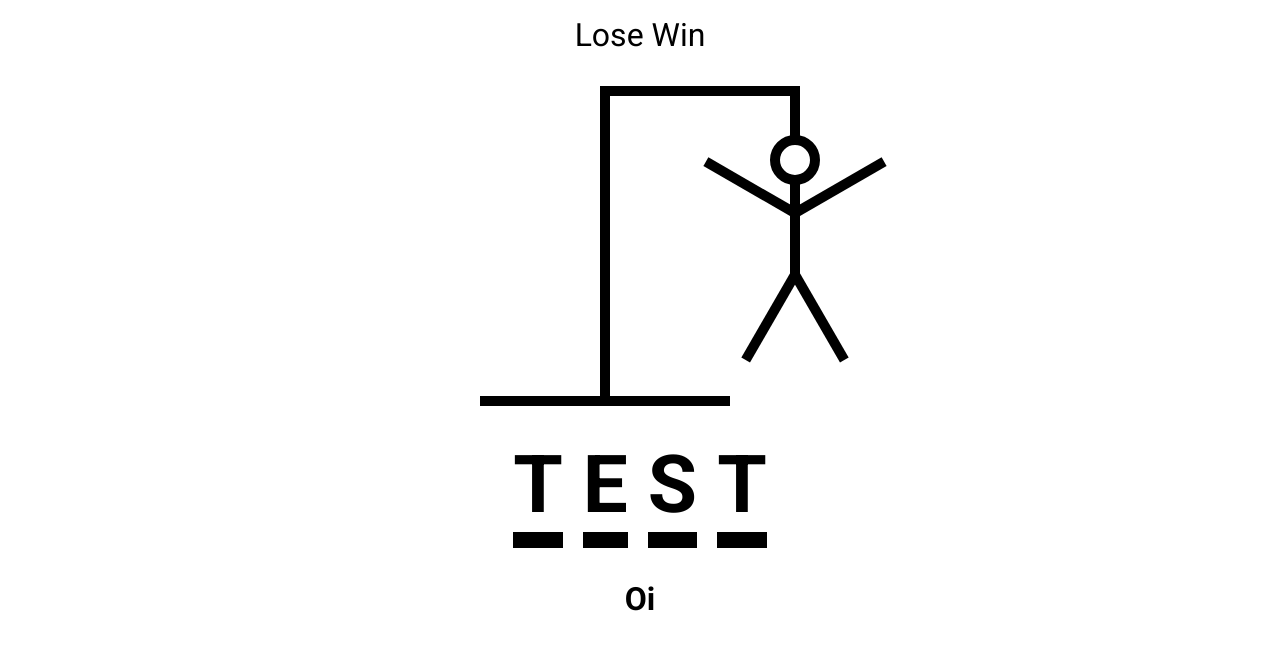
Repository: guilhermecardoso93/jogodaforca
Page: /
An editor plug-in stored every save of this project. The page is shown before and after the next save, followed by the edit.
The browser window is 1280 px wide. The pictures show the whole page.
The project was rebuilt for these pictures with package versions that can differ from the ones it lists, and the page was loaded fresh each time. Also part of the build but not shown: vite.config.ts.

Above is the page before, as saved 2022-12-06 21:14:28.

### index.html
<!DOCTYPE html>
<html lang="en">
  <head>
    <meta charset="UTF-8" />
    <link rel="icon" type="image/svg+xml" href="/vite.svg" />
    <meta name="viewport" content="width=device-width, initial-scale=1.0" />
    <link rel="preconnect" href="https://fonts.googleapis.com"><link
      rel="preconnect" href="https://fonts.gstatic.com" crossorigin><link
      href="https://fonts.googleapis.com/css2?family=Roboto:ital,wght@0,400;0,500;0,700;1,400&display=swap"
      rel="stylesheet">
    <title>Vite + React + TS</title>
  </head>
  <body>
    <div id="root"></div>
    <script type="module" src="/src/main.tsx"></script>
  </body>
</html>

### src/App.tsx
import { useState } from "react";
import words from "./wordList.json";

import { HangmanDrawing } from "./components/HangmanDrawing";
import { HangmanWord } from "./components/HangmanWord";
import { Keyboard } from "./components/Keyboard";

import "./App.css";

export function App() {
  const randomWords = () => {
    return words[Math.floor(Math.random() * words.length)];
  };

  const [wordToGuess, setWordToGuess] = useState(randomWords);
  const [guessedLetters, setGuessedLetters] = useState<string[]>([]);

  console.log(wordToGuess);
  return (
    <div className="container">
      <div className="loseOrWin">Lose Win</div>
      <HangmanDrawing />
      <HangmanWord />
      <Keyboard />
    </div>
  );
}

### src/wordList.json
[
  "capaz",
  "sobre",
  "absoluto",
  "aceitar",
  "conta",
  "alcançar",
  "através",
  "ativo",
  "real",
  "Admitem",
  "anunciar",
  "afetar",
  "proporcionar",
  "depois",
  "tarde",
  "novamente",
  "contra",
  "agente",
  "aceita",
  "permitir",
  "quase",
  "já",
  "tudo bem",
  "também",
  "Apesar",
  "sempre",
  "América",
  "quantia",
  "outro",
  "responda",
  "separado",
  "aparente",
  "aparecer",
  "Aplique",
  "nomear",
  "abordagem",
  "apropriado",
  "área",
  "argumentar",
  "arranjo",
  "associado",
  "presumir",
  "participar",
  "autoridade",
  "acessível",
  "consciente",
  "horrível",
  "bebê",
  "Saldo",
  "bola",
  "banco",
  "base",
  "base",
  "urso",
  "bater",
  "beleza",
  "Porque",
  "antes da",
  "começar",
  "acreditam",
  "beneficiar",
  "melhor",
  "entre",
  "conta",
  "nascimento",
  "Preto",
  "cara",
  "sangue",
  "golpe",
  "limite",
  "linha",
  "Lista",
  "ouço",
  "pequena",
  "viver",
  "carregar",
  "local",
  "trancar",
  "Londres",
  "grandes",
  "olhar",
  "senhor",
  "perder",
  "amor",
  "sorte",
  "almoço",
  "máquina",
  "faço",
  "gerir",
  "muitos",
  "marca",
  "mercado",
  "casar",
  "Combine",
  "matéria",
  "significa",
  "significado",
  "a medida",
  "encontrar",
  "membro",
  "menção",
  "meio",
  "poderia",
  "milha",
  "ouvir",
  "coração",
  "aquecer",
  "pesado",
  "inferno",
  "ajuda",
  "aqui",
  "Alto",
  "história",
  "aguarde",
  "feriado",
  "casa",
  "honesto",
  "esperança",
  "cavalo",
  "hospital",
  "hora",
  "lar",
  "Contudo",
  "olá",
  "centenas",
  "esposo",
  "idéia",
  "identificar",
  "Imagine",
  "importante",
  "melhorar",
  "incluir",
  "renda",
  "aumentar",
  "na verdade",
  "Individual",
  "indústria",
  "informar",
  "garantir",
  "interesse",
  "em",
  "introduzir",
  "investir",
  "envolver",
  "questão",
  "item",
  "Jesus",
  "Junte",
  "juiz",
  "pular",
  "apenas",
  "guarda",
  "matar",
  "Gentil",
  "rei",
  "cozinha",
  "bater",
  "conhecer",
  "trabalho",
  "senhora",
  "terra",
  "Língua",
  "ampla",
  "último",
  "tarde",
  "riso",
  "conduzir",
  "aprender",
  "sair",
  "deixei",
  "menos",
  "carta",
  "nível",
  "vida",
  "leve",
  "Curti",
  "provável",
  "cinco",
  "apartamento",
  "piso",
  "Segue",
  "Comida",
  "pé",
  "força",
  "esquecer",
  "Formato",
  "fortuna",
  "frente",
  "quatro",
  "França",
  "gratuitamente",
  "amigo",
  "a partir de",
  "frente",
  "cheio",
  "função",
  "fundo",
  "futuro",
  "jogos",
  "jardim",
  "em geral",
  "Alemanha",
  "menina",
  "dar",
  "vidro",
  "Boa",
  "adeus",
  "governo",
  "grande",
  "conceder",
  "excelente",
  "verde",
  "chão",
  "grupo",
  "crescer",
  "acho",
  "cabelo",
  "metade",
  "corredor",
  "mão",
  "pendurar",
  "acontecer",
  "feliz",
  "duro",
  "odiar",
  "tenho",
  "cabeça",
  "saúde"
]

### src/components/HangmanDrawing.tsx
const HEAD = (
  <div
    style={{
      width: "50px",
      height: "50px",
      borderRadius: "100%",
      border: "10px solid black",
      position: "absolute",
      top: "49px",
      right: "-20px",
    }}
  />
);

const BODY = (
  <div
    style={{
      width: "10px",
      height: "100px",
      background: "black",
      position: "absolute",
      top: "90px",
      right: 0,
    }}
  />
);

const RIGHT_ARM = (
  <div
    style={{
      width: "100px",
      height: "10px",
      background: "black",
      position: "absolute",
      top: "120px",
      right: "-100px",
      rotate: "-30deg",
      transformOrigin: "left bottom",
    }}
  />
);

const LEFT_ARM = (
  <div
    style={{
      width: "100px",
      height: "10px",
      background: "black",
      position: "absolute",
      top: "120px",
      right: "10px",
      rotate: "30deg",
      transformOrigin: "right bottom",
    }}
  />
);

const RIGHT_LEG = (
  <div
    style={{
      width: "100px",
      height: "10px",
      background: "black",
      position: "absolute",
      top: "180px",
      right: "-90px",
      rotate: "60deg",
      transformOrigin: "left bottom",
    }}
  />
);

const LEFT_LEG = (
  <div
    style={{
      width: "100px",
      height: "10px",
      background: "black",
      position: "absolute",
      top: "180px",
      right: 0,
      rotate: "-60deg",
      transformOrigin: "right bottom",
    }}
  />
);

const BODY_PARTS = [HEAD, BODY, RIGHT_ARM, LEFT_ARM, RIGHT_LEG, LEFT_LEG];

type HangmanDrawingProps = {
  numberOfGuesses: number
}

export function HangmanDrawing() {
  return (
    <div style={{ position: "relative" }}>
      {BODY_PARTS}
      <div
        style={{
          height: "50px",
          width: "10px",
          background: "black",
          position: "absolute",
          top: 0,
          right: 0,
        }}
      />
      <div
        style={{
          height: "10px",
          width: "200px",
          background: "black",
          marginLeft: "120px",
        }}
      />
      <div
        style={{
          height: "300px",
          width: "10px",
          background: "black",
          marginLeft: "120px",
        }}
      />
      <div style={{ height: "10px", width: "250px", background: "black" }} />
    </div>
  );
}

### src/components/HangmanWord.tsx
import "../App.css";

export function HangmanWord() {
  const word = 'test'
  return (
    <div className="HangmanWordContainer">
      {
        word.split('').map((letter, index) => (
          <span>{letter}</span>
        ))}
    </div>
  )
}

### src/components/Keyboard.tsx
export function Keyboard() {
  return (
    <div>
      <h1>Oi</h1>
    </div>
  )
}

### src/App.css
* {
  margin: 0;
  passing: 0;
  box-sizing: border-box;
  font-family: "Roboto", sans-serif;
}

body {
  margin: 1rem;
}

.container {
  max-width: 800px;
  display: flex;
  flex-direction: column;
  gap: 2rem;
  margin: 0 auto;
  align-items: center;
  justify-content: center;
}

.loseOrWin {
  font-size: 2rem;
  text-align: center;
}

.HangmanWordContainer {
  display: flex;
  gap: 0.25em;
  font-size: 5rem;
  font-weight: bold;
  text-transform: uppercase;
}

.HangmanWordContainer > span {
  border-bottom: 1rem solid black;
}

Loaded but not shown: src/main.tsx (common file)

After the next save:
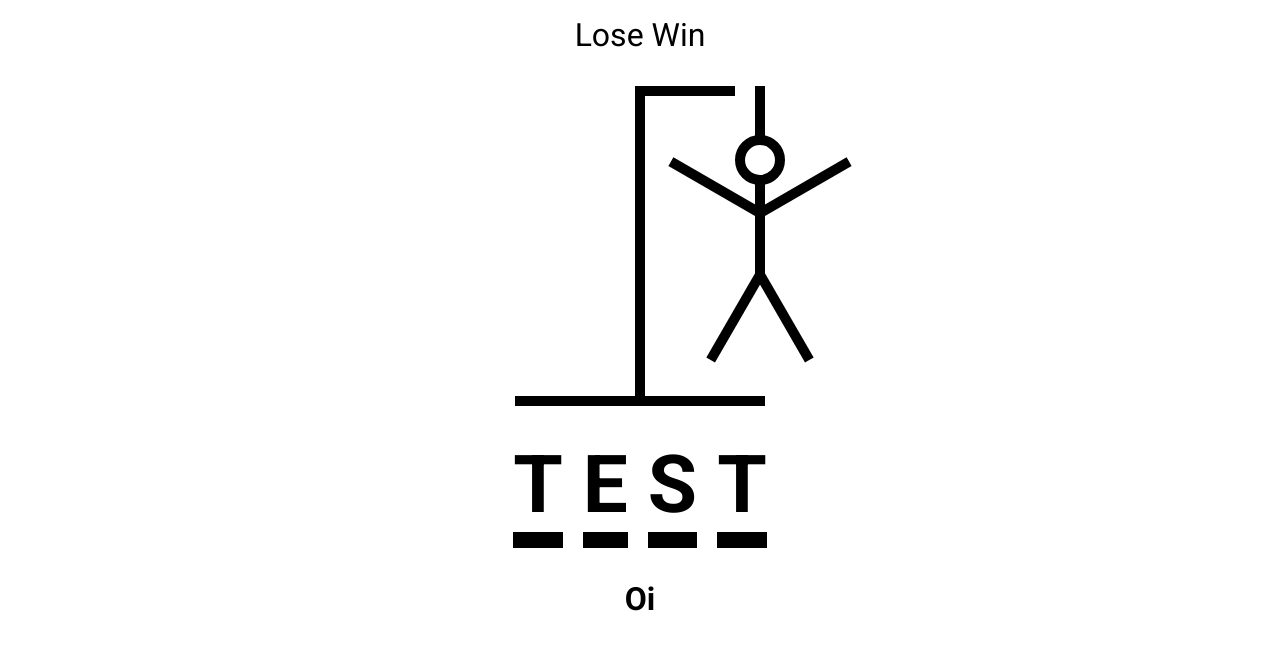
Saved 8 s later.
--- a/src/components/HangmanDrawing.tsx
+++ b/src/components/HangmanDrawing.tsx
@@ -108,7 +108,7 @@
       <div
         style={{
           height: "10px",
-          width: "200px",
+          width: "100px",
           background: "black",
           marginLeft: "120px",
         }}

After the save that followed:
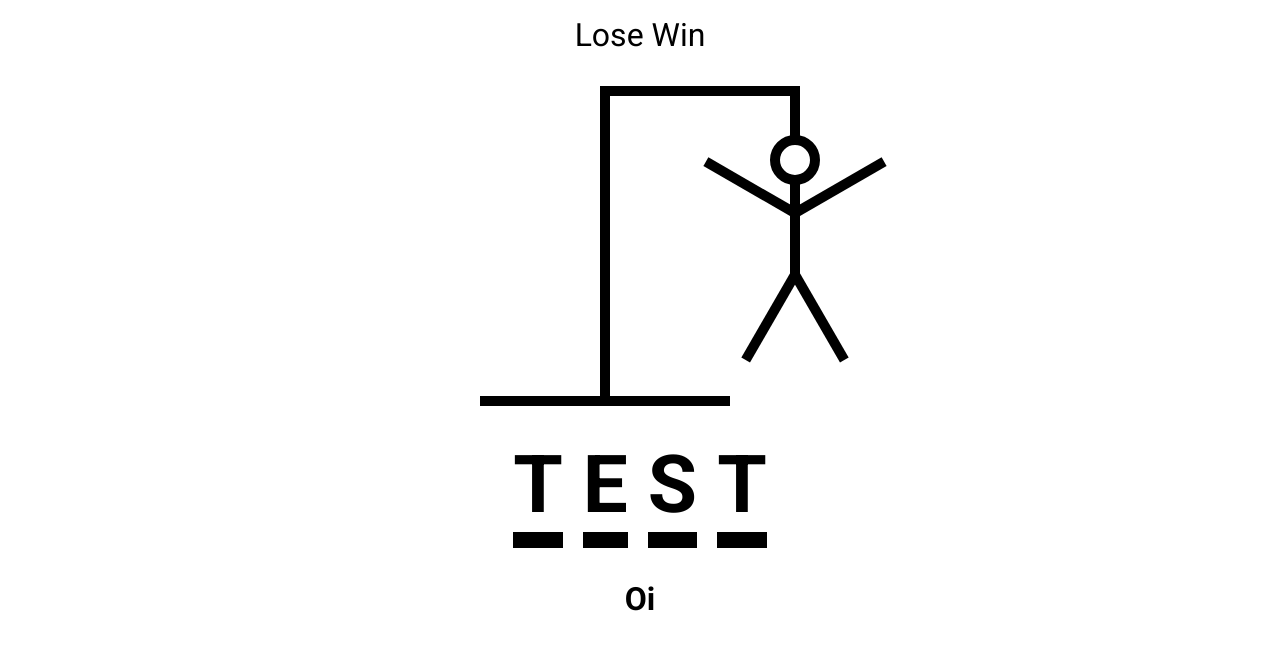
Saved 7 s later.
--- a/src/components/HangmanDrawing.tsx
+++ b/src/components/HangmanDrawing.tsx
@@ -108,7 +108,7 @@
       <div
         style={{
           height: "10px",
-          width: "100px",
+          width: "200px",
           background: "black",
           marginLeft: "120px",
         }}
